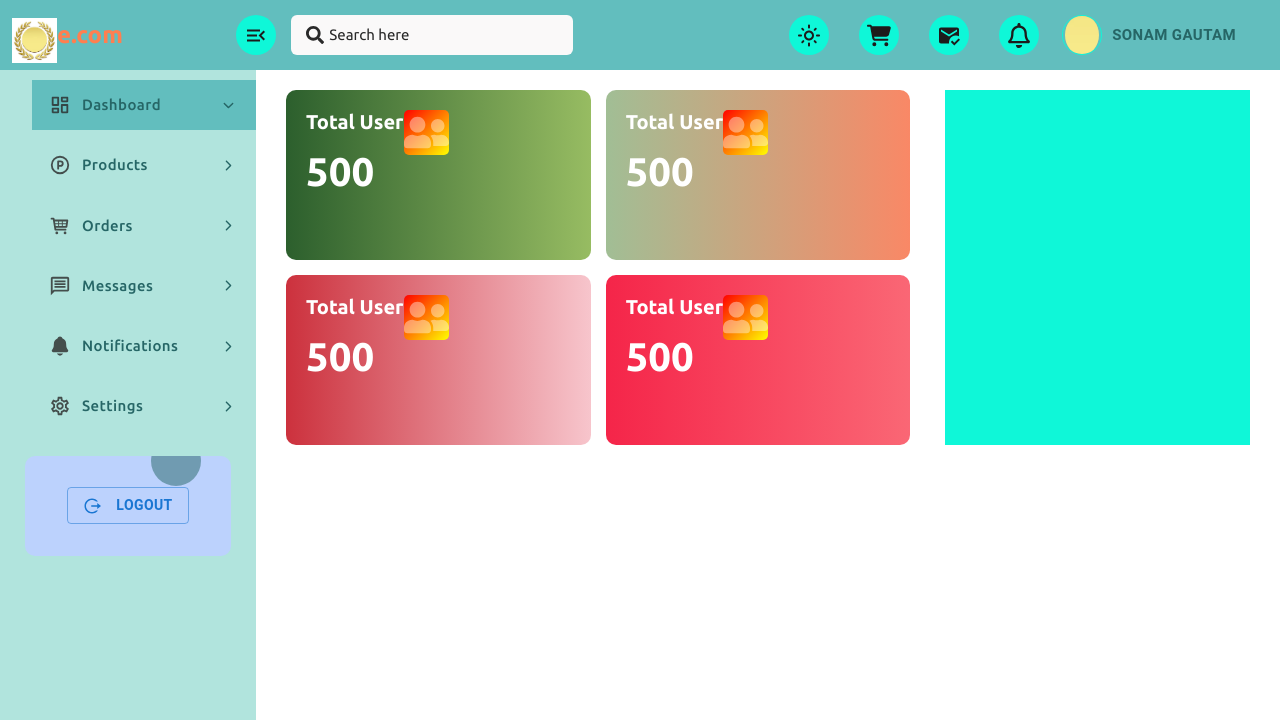
Repository: gautamsonam011/admin-react-dashboard
Page: /
The author's editor kept a copy of each file at every save. The page is drawn from the files as they stood at one save, then again after the next save.
The browser window is 1280 px wide. The pictures show the whole page.
The project was rebuilt for these pictures with package versions that can differ from the ones it lists, and the page was loaded fresh each time.

Above is the page before, as saved 2025-04-16 13:33:14.

### src/App.css
@import url('https://fonts.googleapis.com/css2?family=Ubuntu:ital,wght@0,300;0,400;0,500;0,700;1,300;1,400;1,500;1,700&display=swap');

body{
  font-family: "Ubuntu", sans-serif !important;
  background-color: #f4f8f7;

}

header{
  width:100%;
  height: 70px;
  background-color:#62bebe;
  position: fixed;
  top:0px;
  left:0px;
  z-index: 1000;
}
header .logo{
  text-decoration: none;
}
header .logo img{
  margin-top: 10px;
  width:45px;

}

header .logo span{
color: coral;
font-weight: bolder;
font-size: 24px;
}
header button.rounded-circle{min-width:40px !important; width:40px !important; height: 40px !important; background-color:#0ff7d8 !important; margin: 15px;}
header button.rounded-circle svg{color:rgb(29, 27, 27); font-size: 25px !important; transition: all 0.2s ease-in-out;}
header button.rounded-circle:hover svg{color: #2585d4 !important;}
.searchBox{width:400px; height: 40px; background-color:#faf9f9; border-radius: 6px;padding: 3px 15px;}
.searchBox input{background: transparent;border:0px; outline:none; padding-left: 5px; font-size: 15px; color:#292929}
.searchBox input::-webkit-input-placeholder{color:#292929}
.searchBox svg{font-size: 18px; color:#292929 ;}

.userImg{display: flex; align-items:center; justify-content: center; overflow: hidden; width:40px; height: 40px; border:1px solid #0ff7d8; padding: 2px; border-radius: 100%;}
.userImg .rounded-circle{display: flex; align-items:center; justify-content: center; overflow: hidden; width: 40px; height: 40px; cursor: pointer; position: relative;}
.userImg .rounded-circle .img{object-fit: cover; width: 100%;}
.userInfo{padding-left: 10px;}
.userInfo h5{font-size: 15px; font-weight: 600; margin-bottom:0px; color: #266666;}

#account-menu li{font-size: 14px !important;}
#account-menu li svg{font-size: 20px !important}

.dropdown-info{padding-left: 6px;}
.dropdown-info h4{font-size: 15px; font-weight:600;margin-top: 2px; white-space: break-space; line-height: 21px;}
.dropdown-info p{font-size: 10px; color: #2585d4;}


/* Style for sidebar  */

.main .sidebarWrapper{width: 20%; flex: 0 0 20%; transition: all 0.3s ease-in-out;}
.main .sidebarWrapper .sidebar{width:20%; height: 100vh; position:fixed; top: 70px; left:0px; background:#b1e4dd; overflow-y: scroll; overflow-x: hidden;}
.main .sidebarWrapper .sidebar::-webkit-scrollbar-thumb{background: transparent !important; width:3px;}
.main .sidebarWrapper:hover .sidebar::-webkit-scrollbar{ background:#2585d4; width:3px;}
.main .sidebarWrapper .sidebar ul{margin-bottom:0px;}
.main .sidebarWrapper .sidebar ul li{list-style: none; margin-top:10px;}
.main .sidebarWrapper .sidebar ul li button{color:#266666; text-align: left; justify-content: left; border-radius:0px !important; padding: 12px 15px !important;
  align-items: center; text-transform: capitalize !important;font-family: "Ubuntu", sans-serif !important;
  margin-left: 0px; font-size: 15px !important;
}
.main .sidebarWrapper .sidebar ul li button .icon{display: flex; align-items:center; justify-content: center; width:25px; height:25px; margin-right: 10px;}
.main .sidebarWrapper .sidebar ul li button .icon svg{color:#292929; opacity: 0.8; font-size: 22px;}
.main .sidebarWrapper .sidebar ul li button .arrow{margin-left: auto; display: flex; align-items: center; justify-content: center; width: 25px; transition: all 0.3s ease-in-out}
.main .sidebarWrapper .sidebar ul li button:hover{background:#62bebe !important;}
.main .sidebarWrapper .sidebar ul li button.active{background: #62bebe !important;}
.main .sidebarWrapper .sidebar ul li button.active .arrow{transform: rotate(90deg);}

.main .sidebarWrapper .sidebar ul .submenu{padding: 0px 45px; position:relative; height:auto;}
.main .sidebarWrapper .sidebar ul .submenu::before{content:''; width:1px; height: 95%; position: absolute; top:0px; left:25px; background:rgba(0, 0, 0, 0.1);}
.main .sidebarWrapper .sidebar ul .submenu li{width:100%; list-style: none;}
.main .sidebarWrapper .sidebar ul .submenu li a{color:#266666 !important; text-decoration: none; font-family: "Ubuntu", sans-serif !important;
display: block; padding: 6px 0px; font-size: 14px !important; font-weight: 500; transition:all 0.3s}
.main .sidebarWrapper .sidebar ul .submenu li a:hover{color:#2585d4 !important;}

.main .sidebarWrapper .sidebar ul .submenuWrapper{transition:all 0.3s ease-in-out; height: 0px; overflow: hidden; }
.main .sidebarWrapper .sidebar ul .submenuWrapper.colapsed .submenu{opacity:0;}

.main .sidebarWrapper .sidebar ul .submenuWrapper.colapse{height:auto; overflow: inherit;}
.main .sidebarWrapper .sidebar ul .submenuWrapper.colapse .submenu{opacity:1; height:auto;}

.logoutWrapper{padding: 0px 25px;}
.logoutWrapper .logoutBox{width:100%; height:100px; padding: 25px; background:#bcd2fd; border-radius:10px; margin-bottom:20px; display:flex; align-items: center; justify-content: center;
position:relative; overflow:hidden;}
.logoutWrapper .logoutBox::before{content:''; width:50px; height:50px; background:#266666; border-radius: 100%; position:absolute; top: -20px; right: 30px; opacity:0.5}
.logoutWrapper .logoutBox::after{content:''; width:30px; height:30px; background:#266666; border-radius: 100%; position:absolute; top: -30px; left: 30px; opacity:0.5}
.logoutWrapper .logoutBox button{font-size:14px !important; font-weight: 600 !important; }
.logoutWrapper .logoutBox button svg{margin-right: 15px; font-size:18px;}

.main .content{width:80%; flex: 0 0 80%;}
.dashboardBoxWrapperRow{margin-left: 20%;}
.right-content{padding: 90px 30px;}
.dashboardBoxWrapper{gap: 15px; width:100%; flex-wrap: wrap;}
.dashboardBoxWrapper .dashboardBox{width:48%; height: 170px; border-radius:10px; overflow: hidden; padding:20px;}
.dashboardBoxWrapperRow .box{width:100%; height: 100%; background:#0ff7d8;}

.dashboardBoxWrapper .dashboardBox .col1 h4{font-size: 20px; font-weight: 600;}
.dashboardBoxWrapper .dashboardBox .col1 span{font-size: 40px; font-weight: bold;}
.dashboardBoxWrapper .dashboardBox .icon {display: flex; align-items:center; justify-content: center; width:45px; height: 45px; border-radius:5px; background-image: linear-gradient(to bottom right, red, yellow);}
.dashboardBoxWrapper .dashboardBox .icon svg{font-size: 45px; opacity: 0.4; color:#fff;}

### src/pages/Dashboard/Dashboard.jsx
import DashboardBox from "../../components/DashboardBox";

const Dashboard = () => {
    return (
        <div className="right-content w-100">
            <div className="row dashboardBoxWrapperRow ">
                <div className="col-md-8">
                    <div className="dashboardBoxWrapper d-flex">
                        <DashboardBox color={["#2C5F2D", "#97BC62"]} />
                        <DashboardBox color={["#A1BE95", "#F98866"]} />
                        <DashboardBox color={["#CC313D", "#F7C5CC"]} />
                        <DashboardBox color={["#F52549", "#FA6775"]} />

                    </div>
                </div>
                <div className="col-md-4 pl-0">
                    <div className="box"></div>
                </div>
            </div>
        </div>
    )
}

export default Dashboard;

### src/components/Header/index.jsx
import React, { useState } from 'react';
import { Link } from "react-router-dom";
import logo from "../../assests/images/logo.jpg";
import Button from '@mui/material/Button';
import { MdMenuOpen } from "react-icons/md";
// import { MdOutlineMenu } from "react-icons/md";
import SearchBox from "../SearchBox";
import { MdOutlineLightMode } from "react-icons/md";
// import { MdDarkMode } from "react-icons/md";
import { FaCartShopping } from "react-icons/fa6";
import { MdMarkEmailRead } from "react-icons/md";
import { FaRegBell } from "react-icons/fa";


import Avatar from '@mui/material/Avatar';
import Menu from '@mui/material/Menu';
import MenuItem from '@mui/material/MenuItem';
import ListItemIcon from '@mui/material/ListItemIcon';
import Divider from '@mui/material/Divider';
import { FaShieldAlt } from "react-icons/fa";
import Settings from '@mui/icons-material/Settings';
import Logout from '@mui/icons-material/Logout';

const Header = () => {
    const [anchorEl, setAnchorEl] = useState(null);
    const [anchorElNotification, setAnchorElNotification] = useState(null);

    const open = Boolean(anchorEl);

    const handleOpenMyAccountDropdown = (event) => {
        if (anchorEl) {
            setAnchorEl(null);
        } else {
            setAnchorEl(event.currentTarget);
        }
    };

    const handleOpenMyAccountDropdownClose = () => {
        setAnchorEl(null);
    };

    // For Notification dropdown
    const handleOpennotificationsDrop = (event) => {
        setAnchorElNotification(event.currentTarget);
    };

    const handleClosenotificationsDrop = () => {
        setAnchorElNotification(null);
    };



    return (
        <>
            <header>
                <div className="container-fluid">
                    <div className="row d-flex align-items-center w-100">
                        {/* logo */}
                        <div className="col-sm-2">
                            <Link to="/" className="d-flex align-items-center logo">
                                <img src={logo} alt="logo" />
                                <span className="ml-2">e.com</span>
                            </Link>
                        </div>
                        <div className="col-sm-3 d-flex align-items-center pl-4">
                            <Button className="rounded-circle"><MdMenuOpen /></Button>
                            <SearchBox />
                        </div>
                        <div className="col-sm-7 d-flex align-items-center justify-content-end part3">
                            <Button className="rounded-circle"><MdOutlineLightMode /></Button>
                            <Button className="rounded-circle"><FaCartShopping /></Button>
                            <Button className="rounded-circle"><MdMarkEmailRead /></Button>
                            <Button className="rounded-circle" onClick={handleOpennotificationsDrop}>
                                <FaRegBell />
                            </Button>
                            <Menu
                                anchorEl={anchorElNotification}
                                open={Boolean(anchorElNotification)}
                                onClose={handleClosenotificationsDrop}
                                onClick={handleClosenotificationsDrop}
                                slotProps={{
                                    paper: {
                                        elevation: 0,
                                        sx: {
                                            overflow: 'visible',
                                            filter: 'drop-shadow(0px 2px 8px rgba(0,0,0,0.32))',
                                            mt: 1.5,
                                            '&::before': {
                                                content: '""',
                                                display: 'block',
                                                position: 'absolute',
                                                top: 0,
                                                right: 14,
                                                width: 10,
                                                height: 10,
                                                bgcolor: 'background.paper',
                                                transform: 'translateY(-50%) rotate(45deg)',
                                                zIndex: 0,
                                            },
                                        },
                                    },
                                }}
                                transformOrigin={{ horizontal: 'right', vertical: 'top' }}
                                anchorOrigin={{ horizontal: 'right', vertical: 'bottom' }}
                            >
                                <MenuItem onClick={handleClosenotificationsDrop}>
                                    Orders(12)
                                </MenuItem>
                                <Divider className="mb-2" />
                                <MenuItem onClick={handleClosenotificationsDrop}>
                                    <div className="d-flex align-items-center dropdown-list">

                                        <div className="userImg">
                                        <span className="rounded-circle">
                                            <img src={logo} alt="profile" />
                                        </span>

                                    </div>
                                    <div className='dropdown-info'>
                                        <h4><b>Sona</b> added Leather New Shoes</h4>
                                        <p>Few minutes ago</p>
                                    </div>
                                    </div>

                                </MenuItem>
                                <MenuItem onClick={handleClosenotificationsDrop}>
                                    <div className="d-flex align-items-center dropdown-list">

                                        <div className="userImg">
                                        <span className="rounded-circle">
                                            <img src={logo} alt="profile" />
                                        </span>

                                    </div>
                                    <div className='dropdown-info'>
                                        <h4><b>Sona</b> added Leather New Shoes</h4>
                                        <p>Few minutes ago</p>
                                    </div>
                                    </div>

                                </MenuItem>
                            </Menu>

                            <div className="myAccountWrapper">
                                <Button className="myAccount d-flex align-items-center" onClick={handleOpenMyAccountDropdown}>
                                    <div className="userImg">
                                        <span className="rounded-circle">
                                            <img src={logo} alt="profile" />
                                        </span>

                                    </div>
                                    <div className="userInfo">
                                        <h5>Sonam Gautam</h5>
                                    </div>

                                    <Menu
                                        anchorEl={anchorEl}
                                        id="account-menu"
                                        open={open}
                                        onClose={handleOpenMyAccountDropdownClose}
                                        onClick={handleOpenMyAccountDropdownClose}
                                        slotProps={{
                                            paper: {
                                                elevation: 0,
                                                sx: {
                                                    overflow: 'visible',
                                                    filter: 'drop-shadow(0px 2px 8px rgba(0,0,0,0.32))',
                                                    mt: 1.5,
                                                    '& .MuiAvatar-root': {
                                                        width: 32,
                                                        height: 32,
                                                        ml: -0.5,
                                                        mr: 1,
                                                    },
                                                    '&::before': {
                                                        content: '""',
                                                        display: 'block',
                                                        position: 'absolute',
                                                        top: 0,
                                                        right: 14,
                                                        width: 10,
                                                        height: 10,
                                                        bgcolor: 'background.paper',
                                                        transform: 'translateY(-50%) rotate(45deg)',
                                                        zIndex: 0,
                                                    },
                                                },
                                            },
                                        }}
                                        transformOrigin={{ horizontal: 'right', vertical: 'top' }}
                                        anchorOrigin={{ horizontal: 'right', vertical: 'bottom' }}
                                    >
                                        <MenuItem onClick={handleOpenMyAccountDropdownClose}>
                                            <Avatar /> Profile
                                        </MenuItem>
                                        <Divider />
                                        <MenuItem onClick={handleOpenMyAccountDropdownClose}>
                                            <ListItemIcon>
                                                <FaShieldAlt fontSize="small" />
                                            </ListItemIcon>
                                            Reset Password
                                        </MenuItem>
                                        <MenuItem onClick={handleOpenMyAccountDropdownClose}>
                                            <ListItemIcon>
                                                <Settings fontSize="small" />
                                            </ListItemIcon>
                                            Settings
                                        </MenuItem>
                                        <MenuItem onClick={handleOpenMyAccountDropdownClose}>
                                            <ListItemIcon>
                                                <Logout fontSize="small" />
                                            </ListItemIcon>
                                            Logout
                                        </MenuItem>
                                    </Menu>
                                </Button>
                            </div>
                        </div>
                    </div>
                </div>
            </header>
        </>
    )
}

export default Header

### src/components/Sidebar/index.jsx
import Button from '@mui/material/Button';
import { RiDashboardLine } from "react-icons/ri";
import { IoIosArrowForward } from "react-icons/io";
import { TbBrandProducthunt } from "react-icons/tb";
import { TiShoppingCart } from "react-icons/ti";
import { MdOutlineMessage } from "react-icons/md";
import { IoNotifications } from "react-icons/io5";
import { MdOutlineSettings } from "react-icons/md";
import { Link } from 'react-router-dom';
import React, {useState} from "react";
import { RiLogoutCircleRLine } from "react-icons/ri";

const Sidebar = () =>{
    const [activeTab, setActiveTab] = useState(0);
    const [isToggleSubmenu, setIsToggleSubmenu] = useState(false);

    const isOpenSubmenu = (index) =>{
        setActiveTab(index);
        setIsToggleSubmenu(!isToggleSubmenu);


    }

    return(
        <div className="sidebar">
            <ul>
                <li>
                    <Link to="/">
                    <Button className={`w-100 ${activeTab === 0 ? 'active' : ''}`} onClick={()=>isOpenSubmenu(0)}>
                        <span className='icon'><RiDashboardLine/></span>
                        Dashboard
                        <span className="arrow"><IoIosArrowForward/></span>
                    </Button>
                    </Link>
                </li>
                <li>
                    <Button className={`w-100 ${activeTab === 1 && isToggleSubmenu===true ?  'active' : ''}`} onClick={()=>isOpenSubmenu(1)}>
                        <span className='icon'><TbBrandProducthunt/></span>
                        Products
                        <span className="arrow"><IoIosArrowForward/></span>
                    </Button>
                    <div className={`submenuWrapper ${activeTab===1 && isToggleSubmenu===true ? 'colapse':'colapsed'}`}>
                    <ul className='submenu'>
                        <li><Link to="#">Product Add</Link></li>
                        <li><Link to="#">Product List</Link></li>
                        <li><Link to="#">Product View</Link></li>
                    </ul>
                    </div>
                </li>
                <li>
                    <Link to="/">
                    <Button className={`w-100 ${activeTab === 2 ? 'active' : ''}`} onClick={()=>isOpenSubmenu(2)}>
                        <span className='icon'><TiShoppingCart/></span>
                        Orders
                        <span className="arrow"><IoIosArrowForward/></span>
                    </Button>
                    </Link>
                </li>
                <li>
                    <Link to="/">
                    <Button className={`w-100 ${activeTab === 3 ? 'active' : ''}`} onClick={()=>isOpenSubmenu(3)}>
                        <span className='icon'><MdOutlineMessage/></span>
                        Messages
                        <span className="arrow"><IoIosArrowForward/></span>
                    </Button>
                    </Link>
                </li>
                <li>
                    <Link to="/">
                    <Button className={`w-100 ${activeTab === 4 ? 'active' : ''}`} onClick={()=>isOpenSubmenu(4)}>
                        <span className='icon'><IoNotifications/></span>
                        Notifications
                        <span className="arrow"><IoIosArrowForward/></span>
                    </Button>
                    </Link>
                </li>
                <li>
                    <Link to="/">
                    <Button className={`w-100 ${activeTab === 5 ? 'active' : ''}`} onClick={()=>isOpenSubmenu(5)}>
                        <span className='icon'><MdOutlineSettings /></span>
                        Settings
                        <span className="arrow"><IoIosArrowForward/></span>
                    </Button>
                    </Link>
                </li>
            </ul>
            <br/>
            <div className="logoutWrapper">
                <div className="logoutBox">
            <Button variant="outlined"> <RiLogoutCircleRLine/>Logout</Button>
            </div>
            </div>
        </div>
    )
}

export default Sidebar

### src/components/DashboardBox.jsx
import { FaUserFriends } from "react-icons/fa";


const DashboardBox = (props) => {

    return (
        <div className="dashboardBox" style={{
            backgroundImage: `linear-gradient(to right, ${props.color?.[0]}, ${props.color?.[1]})`
        }}
        >
            <div className="d-flex w-100">
                <div className="col1">
                    <h4 className="text-white">Total User</h4>
                    <span className="text-white">500</span>
                </div>
                <div className="ml-auto">
                    <span className="icon">
                        <FaUserFriends/>
                    </span>
                </div>
            </div>
        </div>


    )

}

export default DashboardBox;

### src/components/SearchBox.jsx
import { FaSearch } from "react-icons/fa";

const SearchBox = () =>{
    return (
        <div className="searchBox position-relative d-flex align-items-center">
            <FaSearch className="mr-2" />
            <input type="text" placeholder="Search here"  />
        </div>
    )
}

export default SearchBox;

Loaded but not shown: public/index.html (common file); src/index.js (common file); src/reportWebVitals.js (common file); src/App.js (27 lines, source omitted)

After the next save:
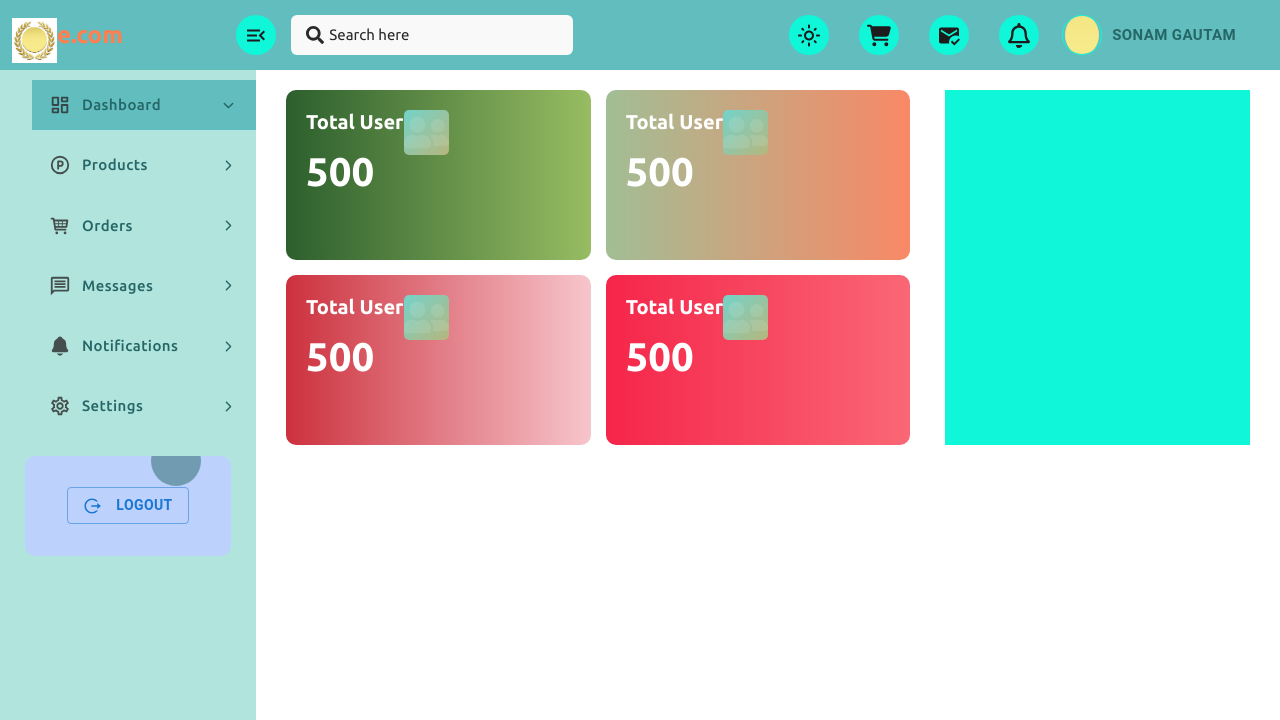
Saved 25 s later.
--- a/src/App.css
+++ b/src/App.css
@@ -100,5 +100,5 @@ position:relative; overflow:hidden;}
 
 .dashboardBoxWrapper .dashboardBox .col1 h4{font-size: 20px; font-weight: 600;}
 .dashboardBoxWrapper .dashboardBox .col1 span{font-size: 40px; font-weight: bold;}
-.dashboardBoxWrapper .dashboardBox .icon {display: flex; align-items:center; justify-content: center; width:45px; height: 45px; border-radius:5px; background-image: linear-gradient(to bottom right, red, yellow);}
-.dashboardBoxWrapper .dashboardBox .icon svg{font-size: 45px; opacity: 0.4; color:#fff;}
+.dashboardBoxWrapper .dashboardBox .icon {display: flex; align-items:center; justify-content: center; width:45px; height: 45px; border-radius:5px; background-image: linear-gradient(to bottom right, rgb(115, 211, 203), rgb(182, 182, 124));}
+.dashboardBoxWrapper .dashboardBox .icon svg{font-size: 45px; opacity: 0.1; color:#fff;}
